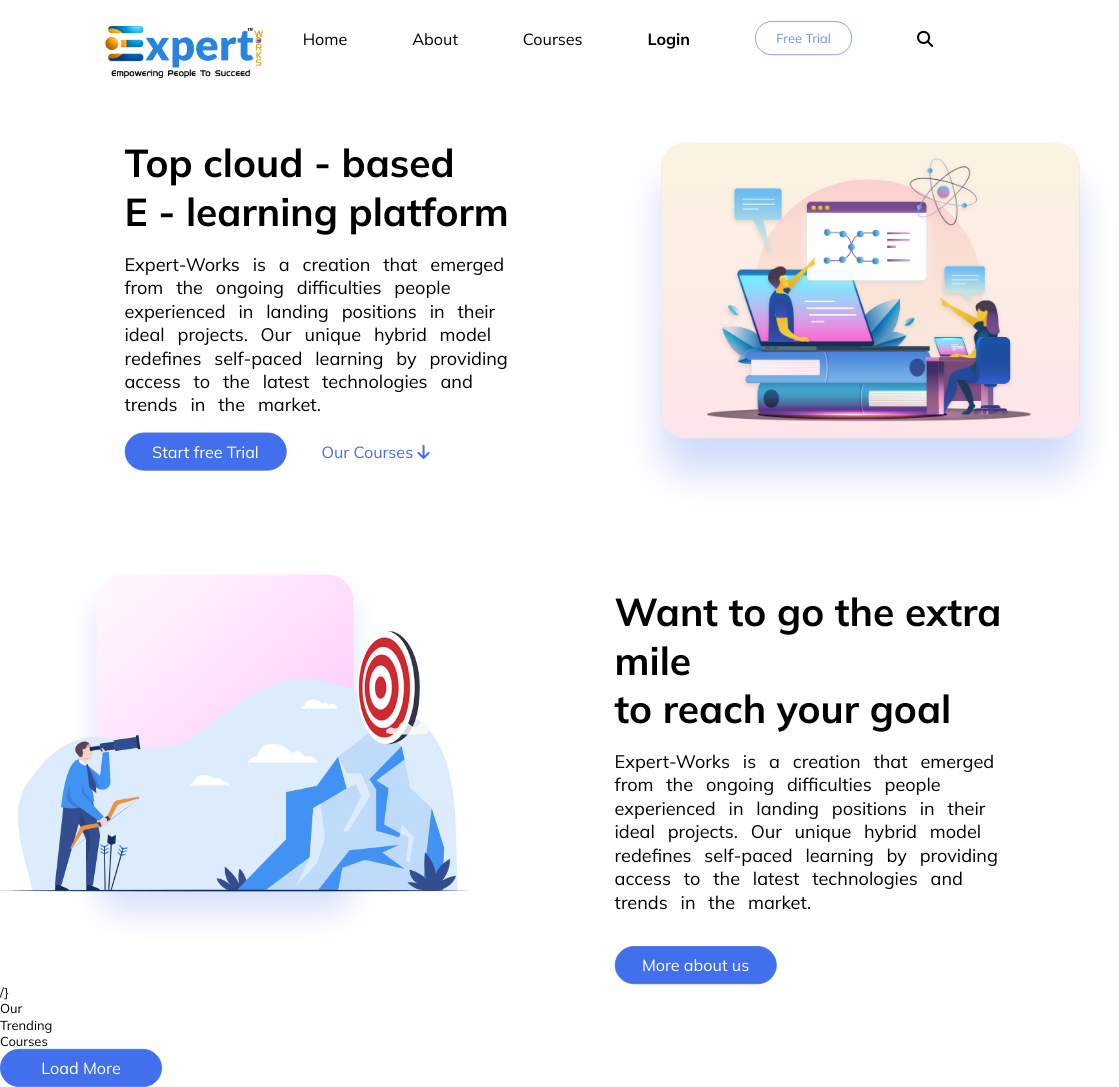
Repository: FlyweisReact/Raghu-B2C
Page: /homePage
An editor plug-in stored every save of this project. The page is shown before and after the next save, followed by the edit.
The browser window is 1280 px wide. The page is 1381 px wide, so the pictures cover 1381 px, including what lies to the right of the window. The pictures show the whole page, at 81% of full size.
Some web libraries are served in a nearby version. The project was rebuilt for these pictures with package versions that can differ from the ones it lists, and the page was loaded fresh each time. Also part of the build but not shown: src/Footer/footer.scss, src/Footer/Footer.jsx, src/component/pages/courses/course.scss, src/component/Navbar/nav.scss, src/component/Navbar/Nav.jsx, src/component/navigation/NavItems.js, src/component/navigation/Dropdown.css, src/component/navigation/Dropdown.js and 43 more.

Above is the page before, as saved 2023-02-03 15:41:25.

After the next save:
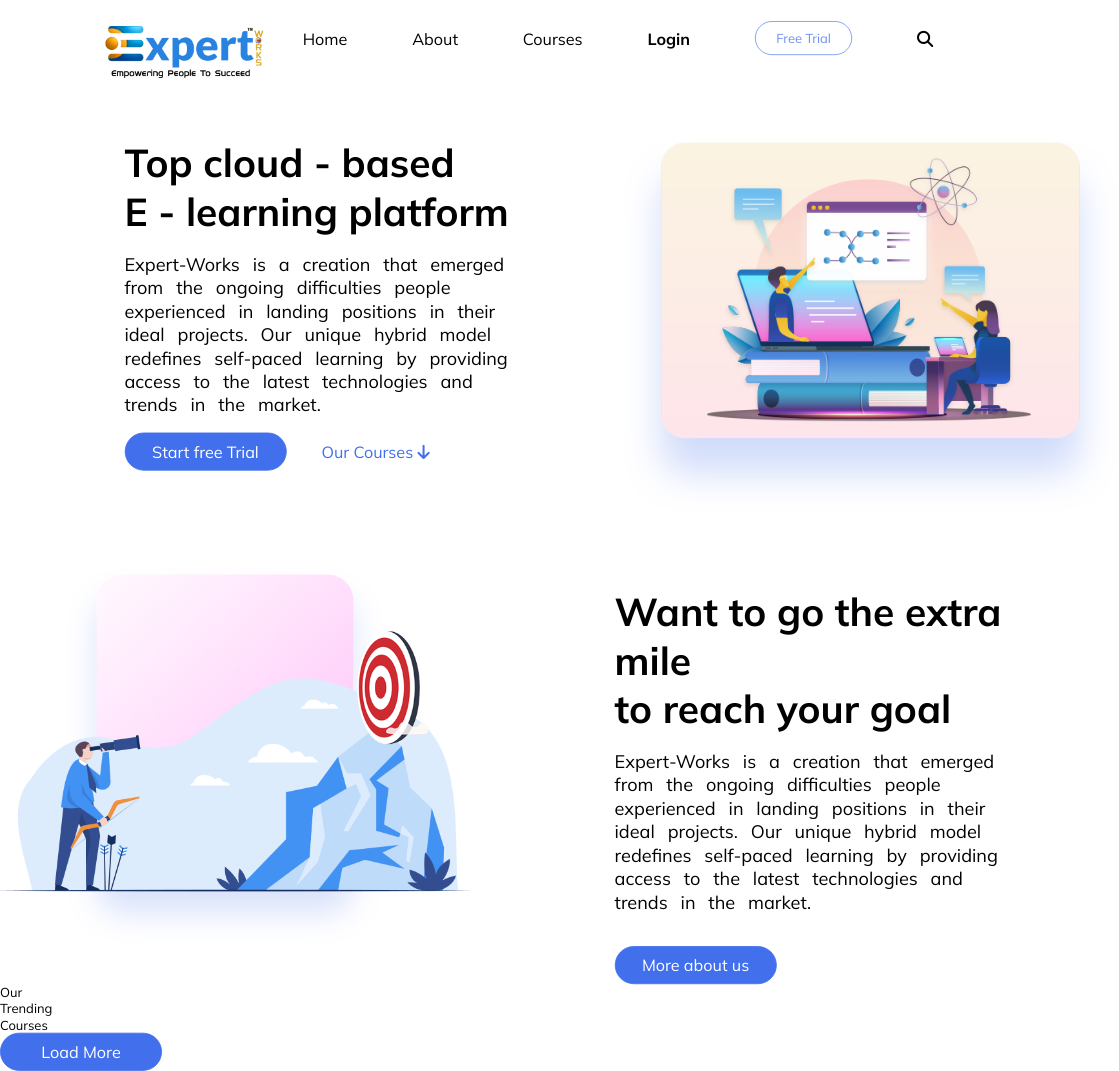
Saved 4 s later.
--- a/src/HomePage.js
+++ b/src/HomePage.js
@@ -115,7 +115,7 @@ const HomePage = () => {
         </div>
       </div>
 
-      <div className="centerMainDiv">/}
+      <div className="centerMainDiv">
         <div className="left">
           <p className="head">
             Our <br /> Trending <br /> Courses
